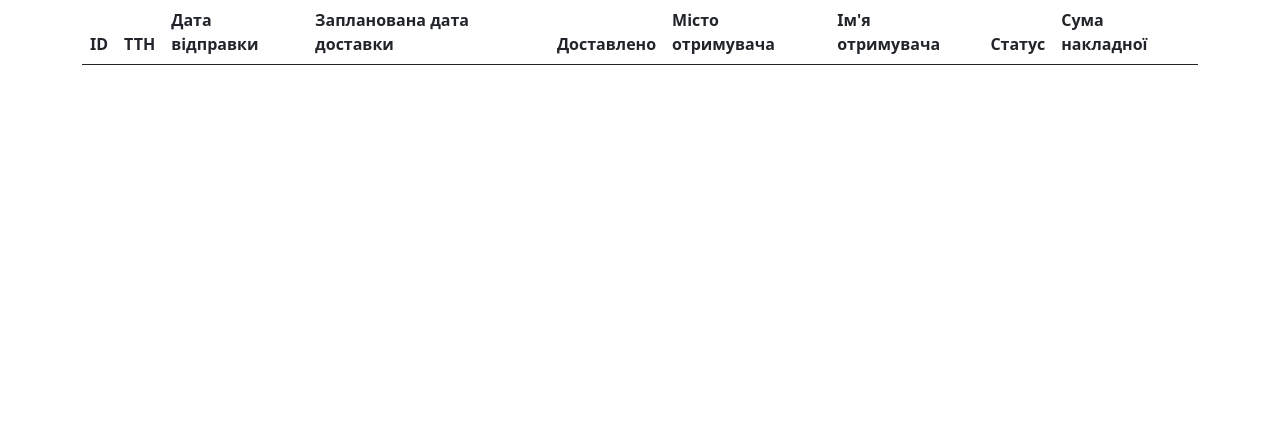
Repository: MankoMax/np-tracking
Page: np-tracking/np/templates/np/index.html
An editor plug-in stored every save of this project. The page is shown before and after the next save, followed by the edit.
The browser window is 1280 px wide. The pictures show the whole page.
The page is served by the project's application, run on Django 4.2 (np-tracking/manage.py). The template is opened directly, without the code that normally fills it, so the values that code supplies are empty.

Above is the page before, as saved 2022-11-13 18:21:50.

After the next save:
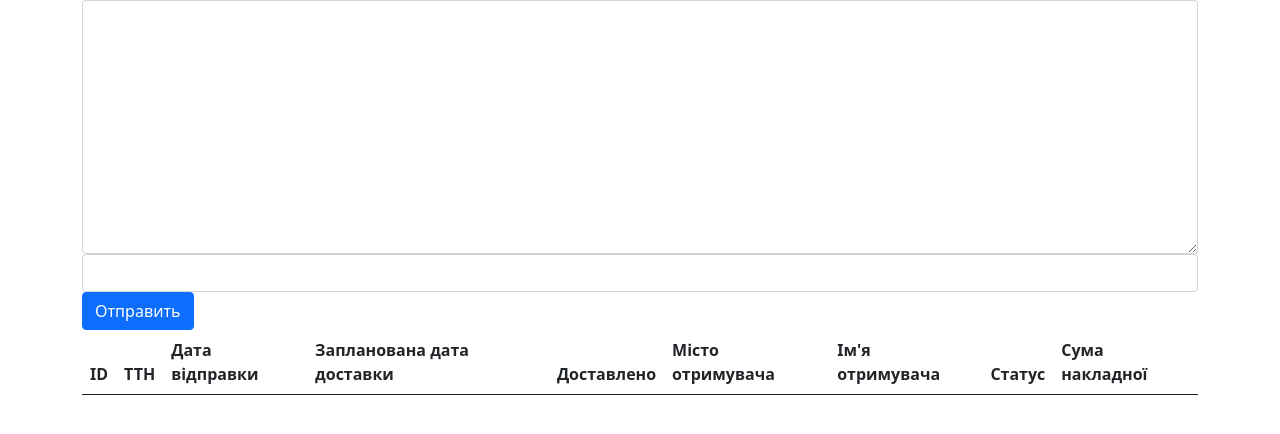
Saved 116 s later.
--- a/np-tracking/np/templates/np/index.html
+++ b/np-tracking/np/templates/np/index.html
@@ -15,6 +15,12 @@
     <div class="container">
       <div class="row">
         <div class="col-12">
+          <form method="post" action="">
+            {% csrf_token %}
+            <textarea name="ttn" class="form-control" rows="10"></textarea>
+            <input type="text" name="phone" class="form-control">
+            <input type="submit" value="Отправить" class="btn btn-primary">
+          </form>
             <table class="table table-striped">
                 <thead>
                     <tr>
